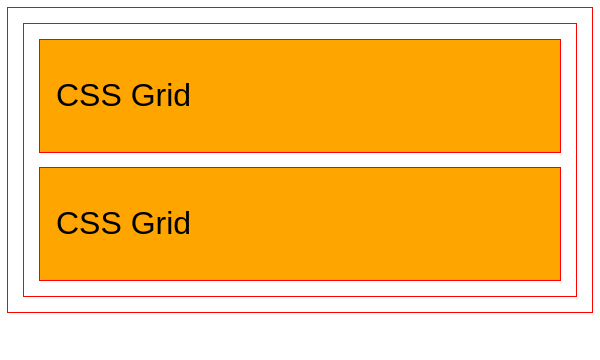
Repository: pjiang604/mdia2003-lab03b
Page: index.html
An editor plug-in stored every save of this project. The page is shown before and after the next save, followed by the edit.
The browser window is 600 px wide. The pictures show the whole page.

Above is the page before, as saved 2023-01-23 23:53:53.

After the next save:
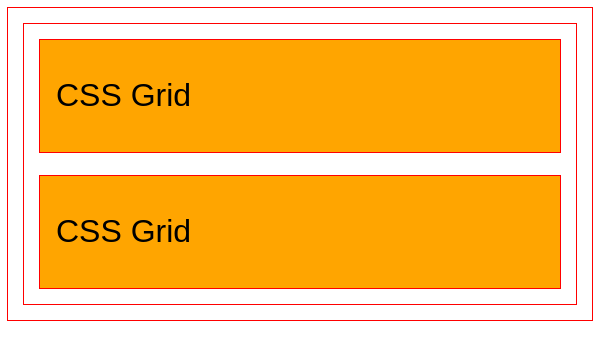
Saved 109 s later.
--- a/style.css
+++ b/style.css
@@ -32,6 +32,12 @@ h6 {
 
 /** medium and up. applicable for both tablet and mobile version */
 @media screen and (max-width:40em) {
+    .row {
+        max-width: 70em;
+        column-gap: 1.5rem;
+        row-gap: 1.5rem;
+        margin: 0 auto;
+    }
 
 }
 
